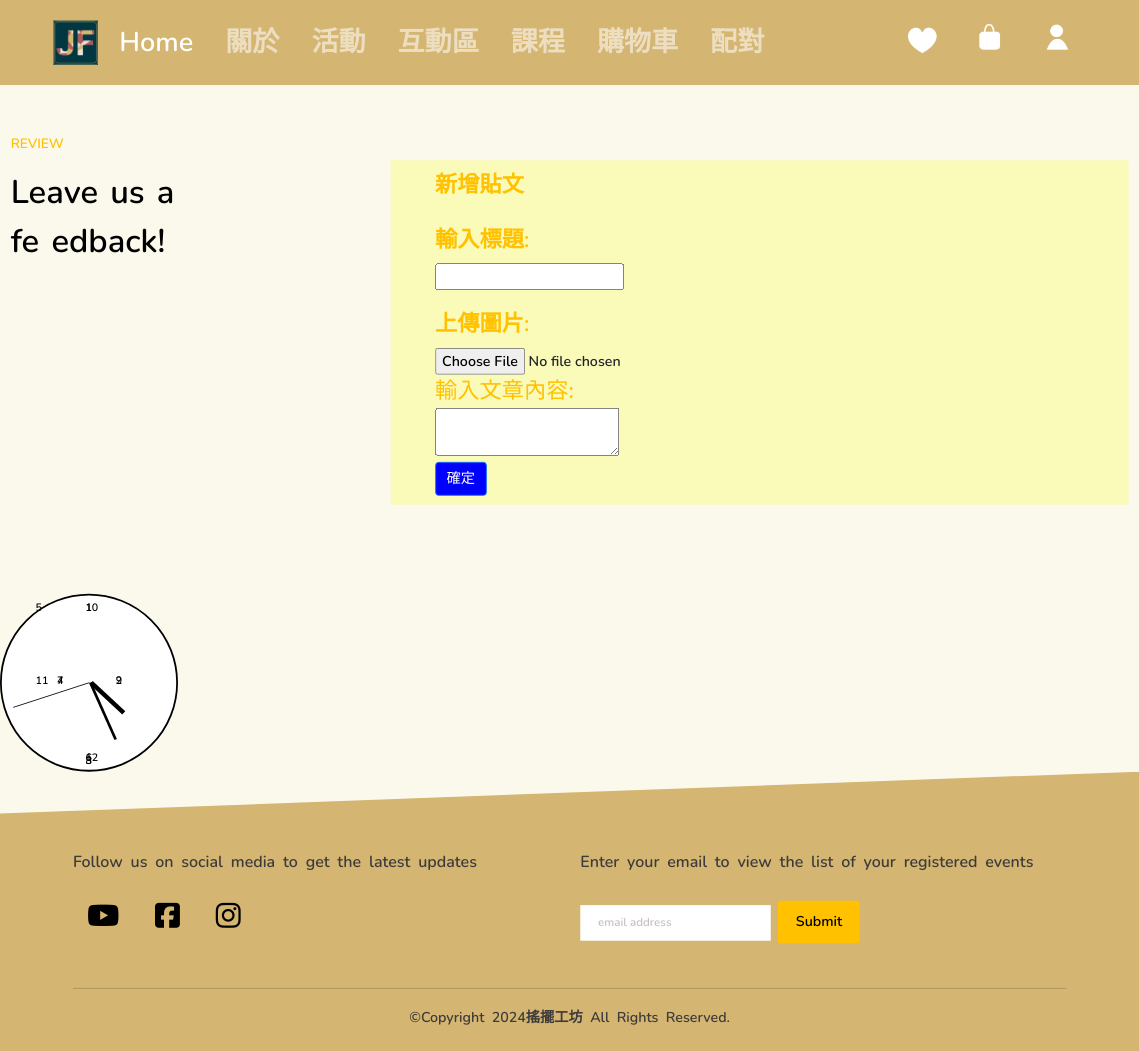
Repository: mmmooonnn0211/project
Page: workspace/demoSpringBoot-1/src/main/resources/static/html/LTInsertFront.html
The author's editor kept a copy of each file at every save. The page is drawn from the files as they stood at one save, then again after the next save.
The browser window is 1280 px wide. The pictures show the whole page, at 89% of full size.
Some web libraries are served in a nearby version.

Above is the page before, as saved 2024-05-09 11:44:38.
Console error: ReferenceError: jQuery is not defined

After the next save:
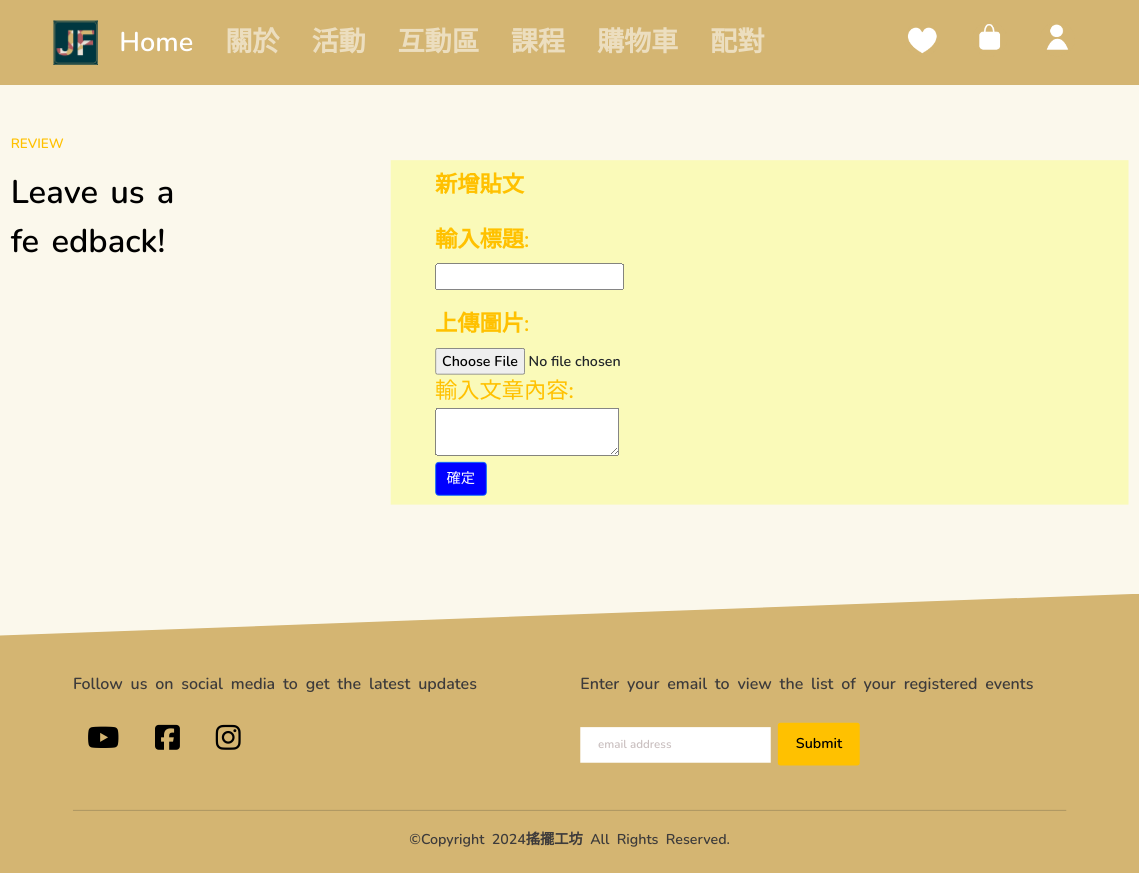
Console error: TypeError: Cannot read properties of null (reading 'style')
Saved 35 s later.
--- a/workspace/demoSpringBoot-1/src/main/resources/static/html/LTInsertFront.html
+++ b/workspace/demoSpringBoot-1/src/main/resources/static/html/LTInsertFront.html
@@ -51,74 +51,6 @@
 			left: 50%;
 			bottom: 50%;
 			/* 指針底部中心位於時鐘中心 */
-		}
-
-		.number {
-			position: absolute;
-			font-size: 12px;
-			color: #000;
-			transform-origin: bottom center;
-			/* 將旋轉的中心設置為底部中心 */
-		}
-
-		.number1 {
-			top: 5px;
-			left: calc(50% - 4px);
-		}
-
-		.number2 {
-			top: calc(50% - 12px);
-			left: calc(50% + 30px);
-		}
-
-		.number3 {
-			top: calc(100% - 20px);
-			left: calc(50% - 4px);
-		}
-
-		.number4 {
-			top: calc(50% - 12px);
-			left: calc(50% - 36px);
-		}
-
-		.number5 {
-			top: 5px;
-			left: calc(50% - 60px);
-		}
-
-		.number6 {
-			bottom: 5px;
-			left: calc(50% - 4px);
-		}
-
-		.number7 {
-			top: calc(50% - 12px);
-			left: calc(50% - 36px);
-		}
-
-		.number8 {
-			top: calc(100% - 20px);
-			left: calc(50% - 4px);
-		}
-
-		.number9 {
-			top: calc(50% - 12px);
-			left: calc(50% + 30px);
-		}
-
-		.number10 {
-			top: 5px;
-			left: calc(50% - 4px);
-		}
-
-		.number11 {
-			top: calc(50% - 12px);
-			left: calc(50% - 60px);
-		}
-
-		.number12 {
-			bottom: 5px;
-			left: calc(50% - 4px);
 		}
 	</style>
 	<!-- Bootstrap CSS -->
@@ -210,26 +142,6 @@
 			});
 
 	</script>
-	<div id="clock"></div>
-
-	<div class="clock" id="clock">
-		<div class="hour" id="hour"></div>
-		<div class="minute" id="minute"></div>
-		<div class="second" id="second"></div>
-		<!-- 時鐘數字 -->
-		<div class="number number1">1</div>
-		<div class="number number2">2</div>
-		<div class="number number3">3</div>
-		<div class="number number4">4</div>
-		<div class="number number5">5</div>
-		<div class="number number6">6</div>
-		<div class="number number7">7</div>
-		<div class="number number8">8</div>
-		<div class="number number9">9</div>
-		<div class="number number10">10</div>
-		<div class="number number11">11</div>
-		<div class="number number12">12</div>
-	</div>
 
 	<script>
 		function updateClock() {

After the save that followed:
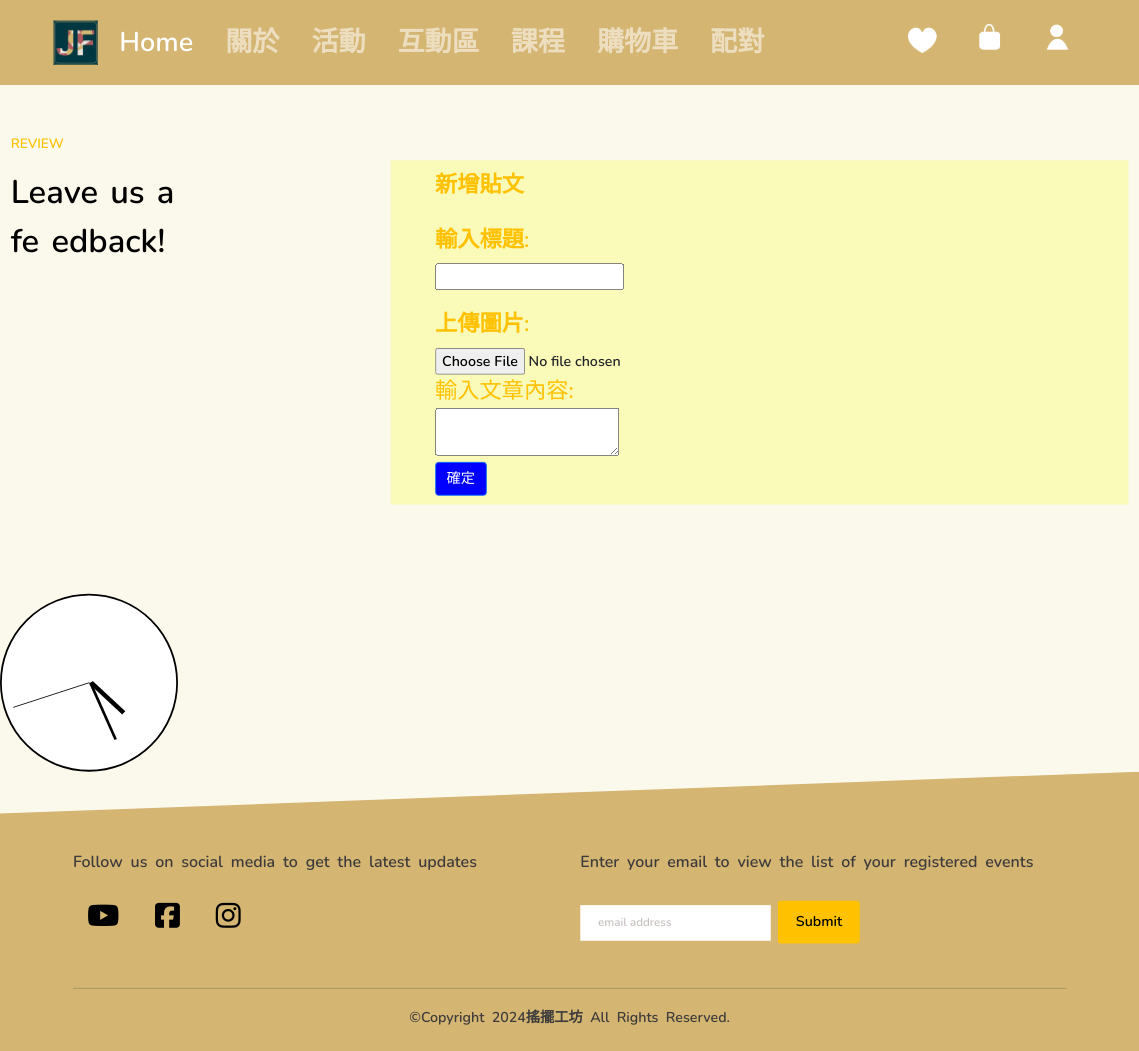
Console error: ReferenceError: jQuery is not defined
Saved 30 s later.
--- a/workspace/demoSpringBoot-1/src/main/resources/static/html/LTInsertFront.html
+++ b/workspace/demoSpringBoot-1/src/main/resources/static/html/LTInsertFront.html
@@ -51,6 +51,72 @@
 			left: 50%;
 			bottom: 50%;
 			/* 指針底部中心位於時鐘中心 */
+		}
+
+		.number {
+			position: absolute;
+			font-size: 12px;
+			color: #000;
+		}
+
+		.number1 {
+			top: 10px;
+			left: 50%;
+		}
+
+		.number2 {
+			top: 20px;
+			left: 77%;
+		}
+
+		.number3 {
+			top: 47%;
+			left: 90%;
+		}
+
+		.number4 {
+			top: 75%;
+			left: 77%;
+		}
+
+		.number5 {
+			top: 85%;
+			left: 50%;
+		}
+
+		.number6 {
+			top: 75%;
+			left: 23%;
+		}
+
+		.number7 {
+			top: 47%;
+			left: 10%;
+		}
+
+		.number8 {
+			top: 20px;
+			left: 23%;
+		}
+
+		.number9 {
+			top: 20px;
+			left: 50%;
+		}
+
+		.number10 {
+			top: 85%;
+			left: 77%;
+		}
+
+		.number11 {
+			top: 75%;
+			left: 90%;
+		}
+
+		.number12 {
+			top: 47%;
+			left: 77%;
 		}
 	</style>
 	<!-- Bootstrap CSS -->
@@ -142,6 +208,13 @@
 			});
 
 	</script>
+	<div id="clock"></div>
+
+	<div class="clock" id="clock">
+		<div class="hour" id="hour"></div>
+		<div class="minute" id="minute"></div>
+		<div class="second" id="second"></div>
+	</div>
 
 	<script>
 		function updateClock() {
